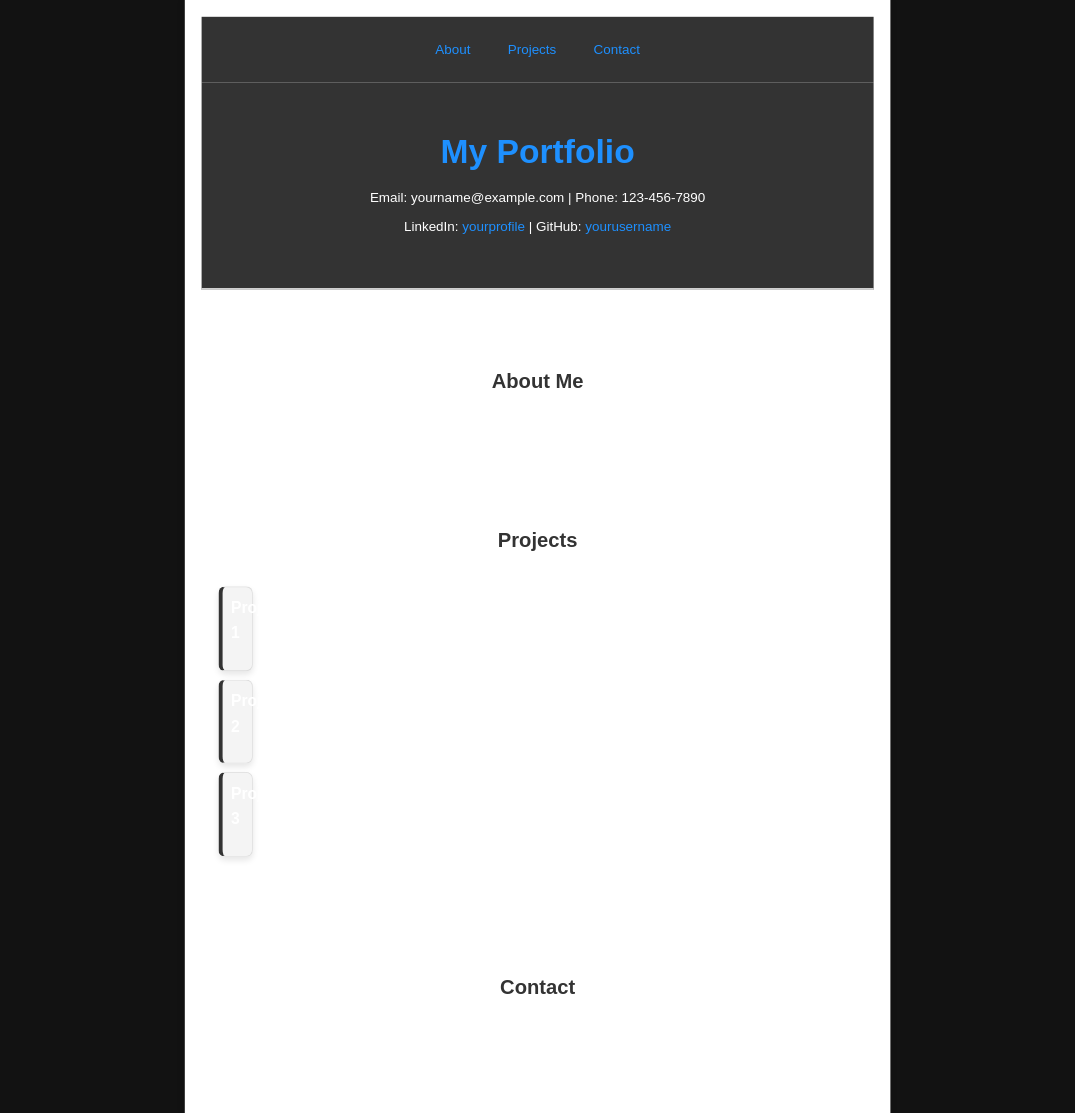
Repository: HoangDuck/portfolio
Page: index.html
The author's editor kept a copy of each file at every save. The page is drawn from the files as they stood at one save, then again after the next save.
The browser window is 1280 px wide. The pictures show the whole page, at 84% of full size.

Above is the page before, as saved 2025-03-09 22:17:54.

### index.html
<!DOCTYPE html>
<html lang="en">
<head>
    <meta charset="UTF-8">
    <meta name="viewport" content="width=device-width, initial-scale=1.0">
    <title>My Portfolio</title>
    <link rel="stylesheet" href="style.css">
</head>
<body>
    <div class="portfolio-container">
        <nav>
            <ul>
                <li><a href="#about">About</a></li>
                <li><a href="#projects">Projects</a></li>
                <li><a href="#contact">Contact</a></li>
            </ul>
        </nav>
        <header>
            <h1>My Portfolio</h1>
            <p id="contact-info">Email: yourname@example.com | Phone: 123-456-7890</p>
            <p id="social-media">
                LinkedIn: <a href="https://www.linkedin.com/in/yourprofile">yourprofile</a> |
                GitHub: <a href="https://github.com/yourusername">yourusername</a>
            </p>
        </header>
        <section id="about">
            <h2>About Me</h2>
            <p>Welcome to my portfolio. Here you will find my latest projects and ways to contact me.</p>
        </section>
        <section id="projects" class="projects">
            <h2>Projects</h2>
            <div class="projects-container">
                <ul id="project-list">
                    <li class="project-item">
                        <h3>Project 1</h3>
                    </li>
                    <li class="project-item">
                        <h3>Project 2</h3>
                    </li>
                    <li class="project-item">
                        <h3>Project 3</h3>
                    </li>
                </ul>
            </div>
        </section>
        <section id="contact">
            <h2>Contact</h2>
            <p>Feel free to reach out to me via email or phone.</p>
        </section>
    </div>
    <script src="script.js"></script>
</body>
</html>

### style.css
body {
    font-family: Arial, sans-serif;
    line-height: 1.6;
    background-color: #121212;
    color: #ffffff;
    margin: 0;
    padding: 0;
}

.portfolio-container {
    width: 80%;
    margin: auto;
    overflow: hidden;
    background: white;
    padding: 20px;
    box-shadow: 0 0 10px rgba(0, 0, 0, 0.1);
    max-width: 800px;
    margin: 0 auto;
    padding: 20px;
}

nav {
    background: #333;
    color: #fff;
    padding: 10px 0;
    text-align: center;
}

nav ul {
    list-style: none;
    padding: 0;
    list-style-type: none;
    padding: 0;
}

nav ul li {
    display: inline;
    margin: 0 20px;
    display: inline;
    margin-right: 20px;
}

nav ul li a {
    color: #1e90ff; /* Primary blue color */
    text-decoration: none;
    color: #1e90ff; /* Primary blue color */
}

header {
    text-align: center;
    padding: 50px 0;
    background: #333;
    color: #fff;
    border-bottom: 2px solid #e4e4e4;
    margin-bottom: 20px;
    text-align: center;
    margin-bottom: 50px;
}

header h1 {
    margin: 0;
    font-size: 2.5em;
    color: #1e90ff; /* Primary blue color */
}

header p {
    margin: 10px 0;
}

h2 {
    font-size: 1.5em;
    margin-bottom: 10px;
    color: #555;
}

p {
    margin: 5px 0;
}

ul {
    list-style: none;
    padding: 0;
}

ul li {
    margin-bottom: 10px;
}

a {
    color: #1e90ff; /* Primary blue color */
    text-decoration: none;
}

a:hover {
    text-decoration: underline;
}

section {
    margin-bottom: 20px;
    margin-bottom: 50px;
}

.projects {
    background: #fff;
    padding: 20px;
    margin-top: 20px;
}

.projects h2 {
    text-align: center;
    color: #333;
}

#project-list {
    list-style: none;
    padding: 0;
}

#project-list li {
    background: #f4f4f4;
    margin: 10px 0;
    padding: 10px;
    border-left: 5px solid #333;
    margin-bottom: 10px;
}

#project-list li a {
    text-decoration: none;
    color: #1e90ff; /* Primary blue color */
}

#about, #contact {
    background: #fff;
    padding: 20px;
    margin-top: 20px;
}

#about h2, #contact h2 {
    text-align: center;
    color: #333;
}

.projects-container {
    display: flex;
    flex-wrap: wrap;
    gap: 20px;
}

.project-item {
    background-color: #f9f9f9;
    border: 1px solid #ddd;
    border-radius: 8px;
    padding: 20px;
    width: calc(33.333% - 20px);
    box-shadow: 0 4px 8px rgba(0, 0, 0, 0.1);
    transition: transform 0.3s;
}

.project-item:hover {
    transform: translateY(-10px);
}

.project-item h3 {
    margin-top: 0;
}

.project-item p {
    color: #666;
}

.project-item a {
    color: #007bff;
    text-decoration: none;
}

.project-item a:hover {
    text-decoration: underline;
}

### script.js
document.addEventListener('DOMContentLoaded', () => {
    console.log('Portfolio loaded successfully!');
});

After the next save:
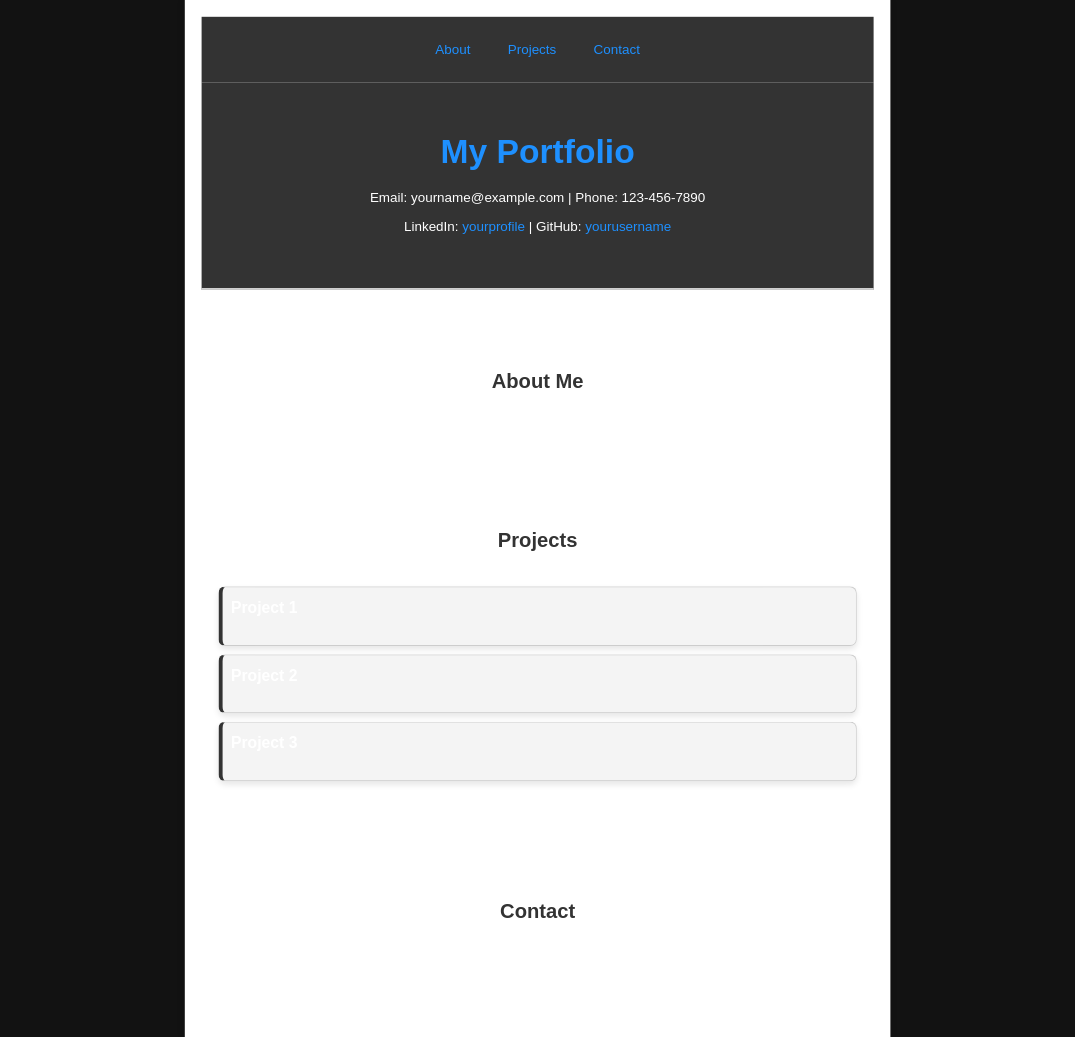
Saved 34 s later.
--- a/style.css
+++ b/style.css
@@ -142,16 +142,17 @@ section {
 
 .projects-container {
     display: flex;
-    flex-wrap: wrap;
-    gap: 20px;
+    flex-direction: column;
 }
 
 .project-item {
     background-color: #f9f9f9;
-    border: 1px solid #ddd;
+    border: 1px solid #ccc;
     border-radius: 8px;
-    padding: 20px;
-    width: calc(33.333% - 20px);
+    padding: 10px;
+    width: 100%;
+    box-sizing: border-box;
+    margin-bottom: 10px;
     box-shadow: 0 4px 8px rgba(0, 0, 0, 0.1);
     transition: transform 0.3s;
 }
